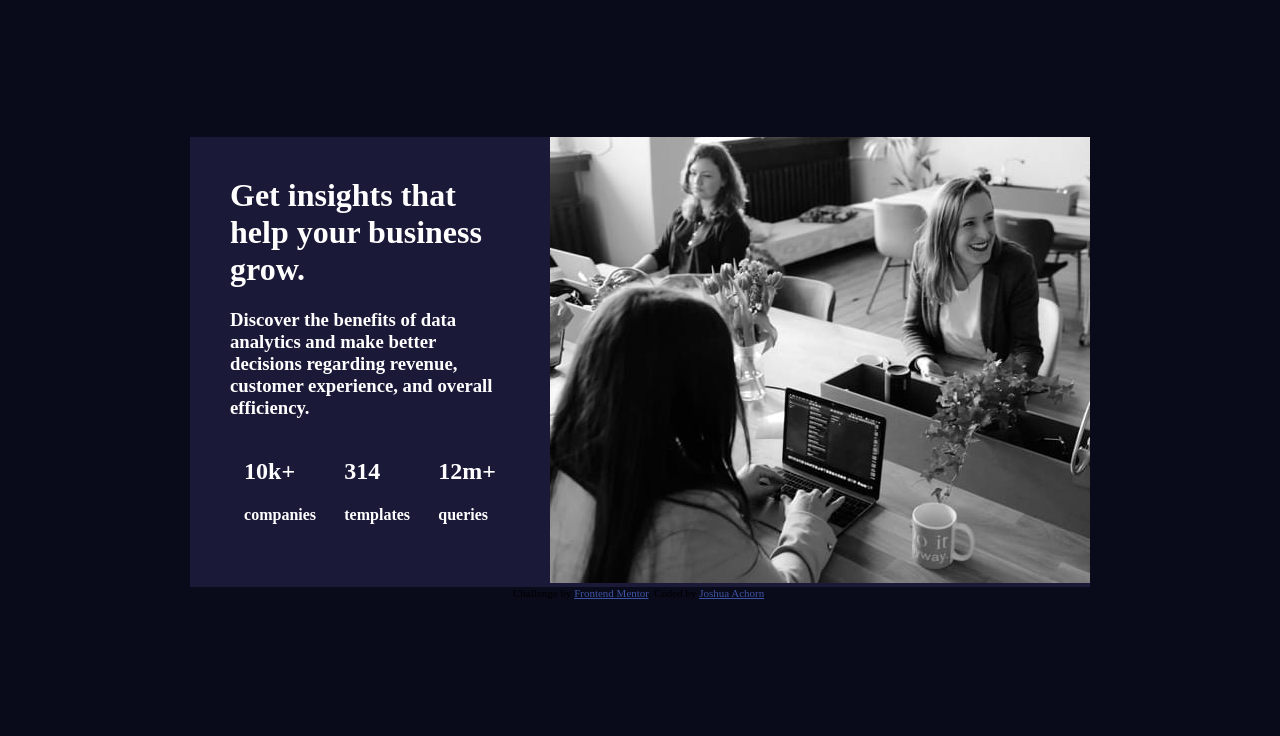
Repository: Achorn/stats-preview-card
Page: index.html
An editor plug-in stored every save of this project. The page is shown before and after the next save, followed by the edit.
The browser window is 1280 px wide. The pictures show the whole page.

Above is the page before, as saved 2021-06-16 16:39:17.

### index.html
<!DOCTYPE html>
<html lang="en">
  <head>
    <meta charset="UTF-8" />
    <meta name="viewport" content="width=device-width, initial-scale=1.0" />
    <!-- displays site properly based on user's device -->
    <link rel="stylesheet" href="styles.css" />
    <link
      rel="icon"
      type="image/png"
      sizes="32x32"
      href="./images/favicon-32x32.png"
    />

    <title>Frontend Mentor | Stats preview card component</title>

    <!-- Feel free to remove these styles or customise in your own stylesheet 👍 -->
    <style>
      .attribution {
        font-size: 11px;
        text-align: center;
      }
      .attribution a {
        color: hsl(228, 45%, 44%);
      }
    </style>
  </head>
  <body>
    <div id="card-container">
      <div id="text-container">
        <div id="title-container">
          <h1 id="title">Get insights that help your business grow.</h1>
          <h3>
            Discover the benefits of data analytics and make better decisions
            regarding revenue, customer experience, and overall efficiency.
          </h3>
        </div>

        <div id="desc-container">
          <div id="desc">
            <h2>10k+</h2>
            <h4>companies</h4>
          </div>
          <div id="desc">
            <h2>314</h2>
            <h4>templates</h4>
          </div>
          <div id="desc">
            <h2>12m+</h2>
            <h4>queries</h4>
          </div>
        </div>
      </div>
      <div id="img-container">
        <img id="stat-image" src="/images/image-header-desktop.jpg" alt="" />
      </div>
    </div>
    <div class="attribution">
      Challenge by
      <a href="https://www.frontendmentor.io?ref=challenge" target="_blank"
        >Frontend Mentor</a
      >. Coded by <a href="#">Joshua Achorn</a>.
    </div>
  </body>
</html>

### styles.css
body {
  background-color: hsl(233, 47%, 7%);
  display: flex;
  flex-direction: column;
  justify-content: center;
  align-items: center;
  height: 100vh;
}

@media only screen and (max-width: 950px) {
  body {
    background-color: lightblue;
  }
  #card-container {
    flex-direction: column-reverse;
    width: 300px;
  }
  #desc-container {
    flex-direction: column;
  }
  #stat-image {
    width: auto;
    height: 100%;
  }
}

#card-container {
  width: 900px;
  color: white;
  background-color: hsl(244, 38%, 16%);
  display: flex;
}
#img-container {
}

#text-container {
  height: auto;
  padding: 40px;
}

#desc-container {
  display: flex;
  justify-content: space-around;
}

#title {
  margin-top: 0px;
}

After the next save:
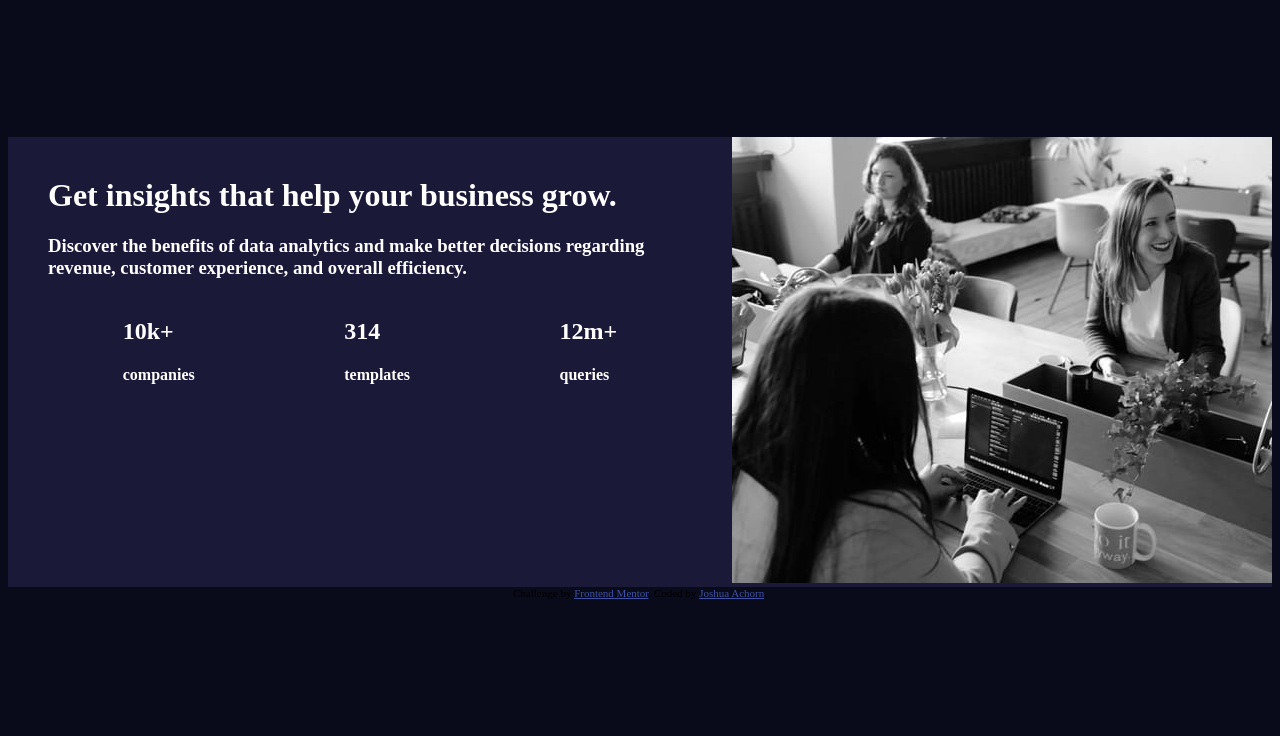
Saved 97 s later.
--- a/styles.css
+++ b/styles.css
@@ -25,7 +25,6 @@
 }
 
 #card-container {
-  width: 900px;
   color: white;
   background-color: hsl(244, 38%, 16%);
   display: flex;

After the save that followed:
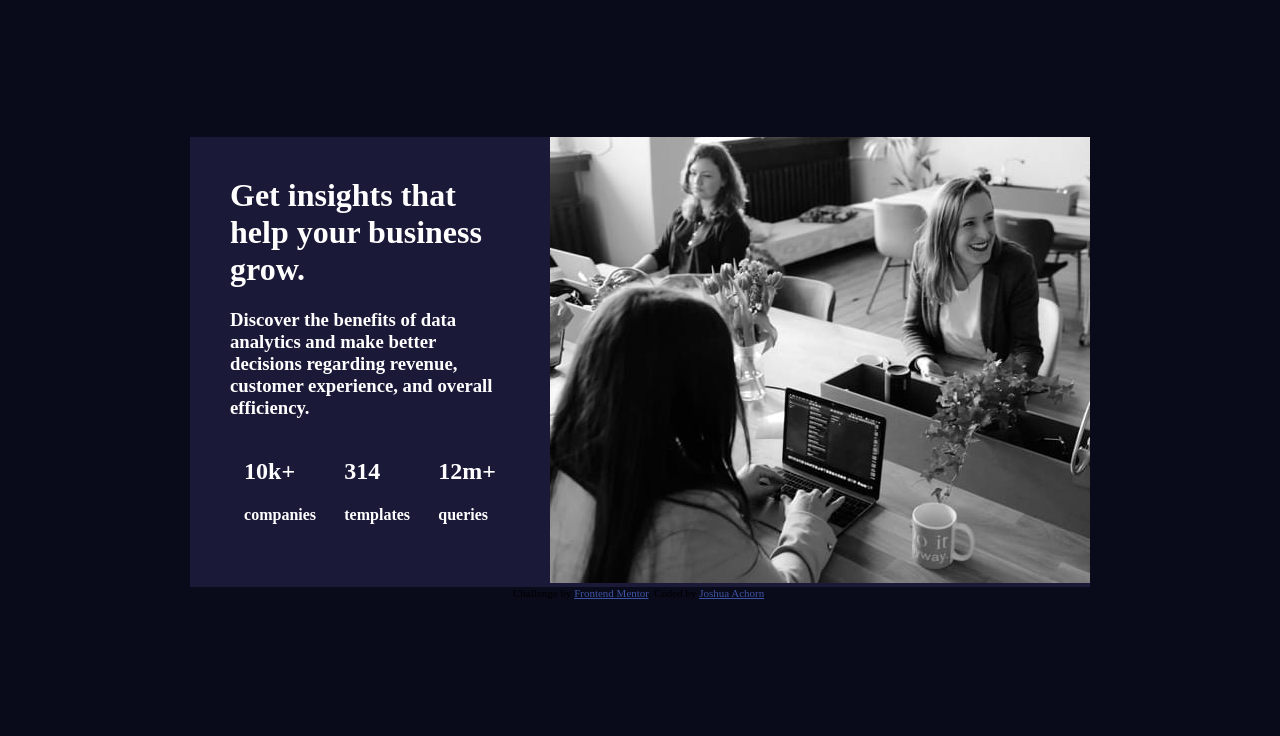
Saved 34 s later.
--- a/styles.css
+++ b/styles.css
@@ -25,6 +25,7 @@
 }
 
 #card-container {
+  width: 900px;
   color: white;
   background-color: hsl(244, 38%, 16%);
   display: flex;
